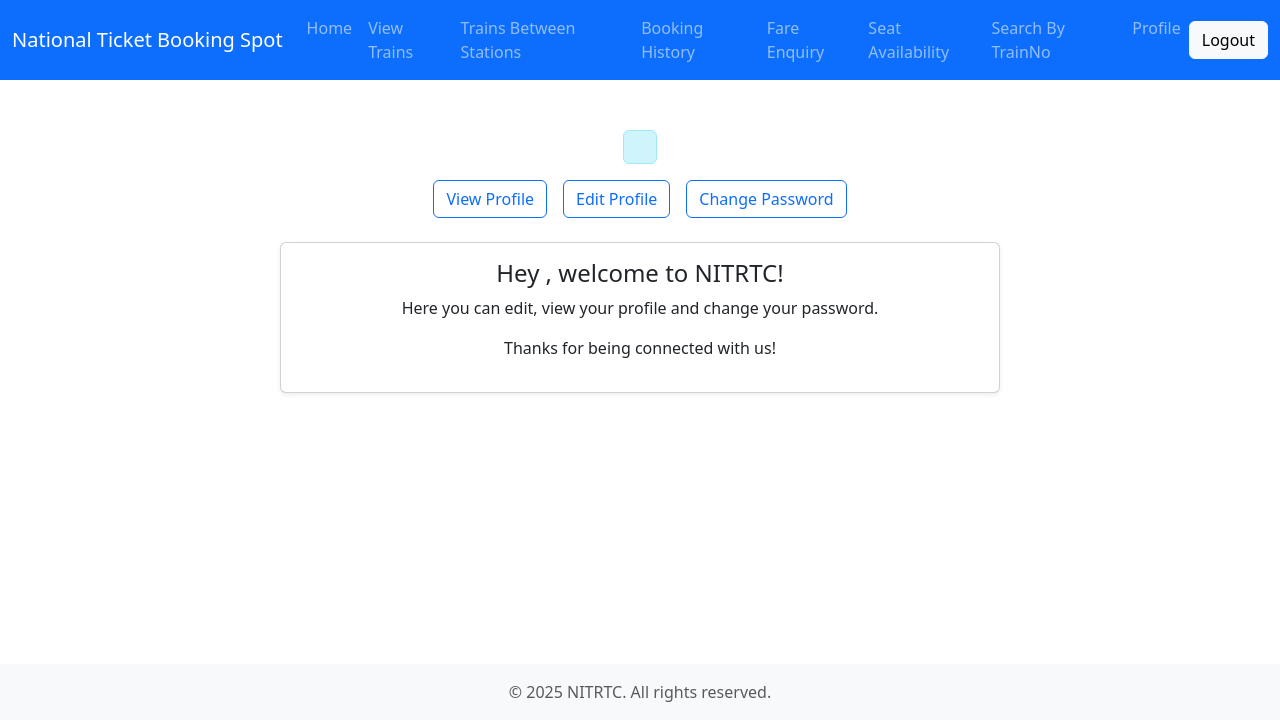
Repository: PrathamSahani/TMS-Sprint2
Page: http://localhost/TMS/UserHome.jsp
These files come from the project's save history. The page is drawn as it stood at one moment and after the next save; the edit follows.
The browser window is 1280 px wide. The pictures show the whole page.
The page is served by Tomcat 10. Other server files are loaded and not shown.

Above is the page before, as saved 2025-04-25 17:44:01.

### Update/TMS/src/main/webapp/UserHome.jsp
<%@ page language="java" contentType="text/html; charset=UTF-8" pageEncoding="UTF-8"%>
<!DOCTYPE html>
<html>
<head>
  <meta charset="UTF-8">
  <title>Profile - National Ticket Booking Spot</title>
  <link href="https://cdn.jsdelivr.net/npm/bootstrap@5.3.0/dist/css/bootstrap.min.css" rel="stylesheet">
</head>
<body class="d-flex flex-column min-vh-100">
  <!-- Navbar -->
  <nav class="navbar navbar-expand-lg navbar-dark bg-primary">
    <div class="container-fluid">
      <a class="navbar-brand" href="#">National Ticket Booking Spot</a>
      <button class="navbar-toggler" type="button" data-bs-toggle="collapse" data-bs-target="#navbarNav">
        <span class="navbar-toggler-icon"></span>
      </button>
      <div class="collapse navbar-collapse" id="navbarNav">
        <ul class="navbar-nav me-auto mb-2 mb-lg-0">
          <li class="nav-item"><a class="nav-link" href="${pageContext.request.contextPath}/userhome">Home</a></li>
          <li class="nav-item"><a class="nav-link" href="${pageContext.request.contextPath}/userviewtrainfwd">View Trains</a></li>
          <li class="nav-item"><a class="nav-link" href="${pageContext.request.contextPath}/trainbwstnfwd">Trains Between Stations</a></li>
          <li class="nav-item"><a class="nav-link" href="${pageContext.request.contextPath}/bookingdetails">Booking History</a></li>
          <li class="nav-item"><a class="nav-link" href="${pageContext.request.contextPath}/fareenqfwd">Fare Enquiry</a></li>
          <li class="nav-item"><a class="nav-link" href="${pageContext.request.contextPath}/useravailfwd">Seat Availability</a></li>
          <li class="nav-item"><a class="nav-link" href="${pageContext.request.contextPath}/usersearchtrain">Search By TrainNo</a></li>
          <li class="nav-item"><a class="nav-link" href="${pageContext.request.contextPath}/userprofile">Profile</a></li>
        </ul>
        <div class="d-flex">
          <a class="btn btn-light" href="${pageContext.request.contextPath}/userlogout">Logout</a>
        </div>
      </div>
    </div>
  </nav>

  <main class="flex-fill">
    <div class="container d-flex flex-column justify-content-center align-items-center" style="margin-top:50px">
      <!-- optional alert -->
      <c:if test="${not empty msg}">
        <div class='alert alert-${not empty msgType ? msgType : "info"} text-center w-100' role='alert'>${msg}</div>
      </c:if>

      <!-- action buttons -->
      <div class='d-flex justify-content-center mb-4 w-100'>
        <a href='${pageContext.request.contextPath}/viewuserprofile' class='btn btn-outline-primary mx-2'>View Profile</a>
        <a href='${pageContext.request.contextPath}/edituserprofile' class='btn btn-outline-primary mx-2'>Edit Profile</a>
        <a href='${pageContext.request.contextPath}/changeuserpassword' class='btn btn-outline-primary mx-2'>Change Password</a>
      </div>

      <!-- welcome card -->
      <div class='row justify-content-center w-100'>
        <div class='col-md-8'>
          <div class='card shadow-sm'>
            <div class='card-body text-center'>
              <h4>Hey ${userName}, welcome to NITRTC!</h4>
              <p>Here you can edit, view your profile and change your password.</p>
              <p>Thanks for being connected with us!</p>
            </div>
          </div>
        </div>
      </div>
    </div>
  </main>

  <footer class='footer bg-light py-3'>
    <div class='container text-center'><span class='text-muted'>&copy; 2025 NITRTC. All rights reserved.</span></div>
  </footer>

  <script src="https://cdn.jsdelivr.net/npm/bootstrap@5.3.0/dist/js/bootstrap.bundle.min.js"></script>
</body>
</html>

After the next save:
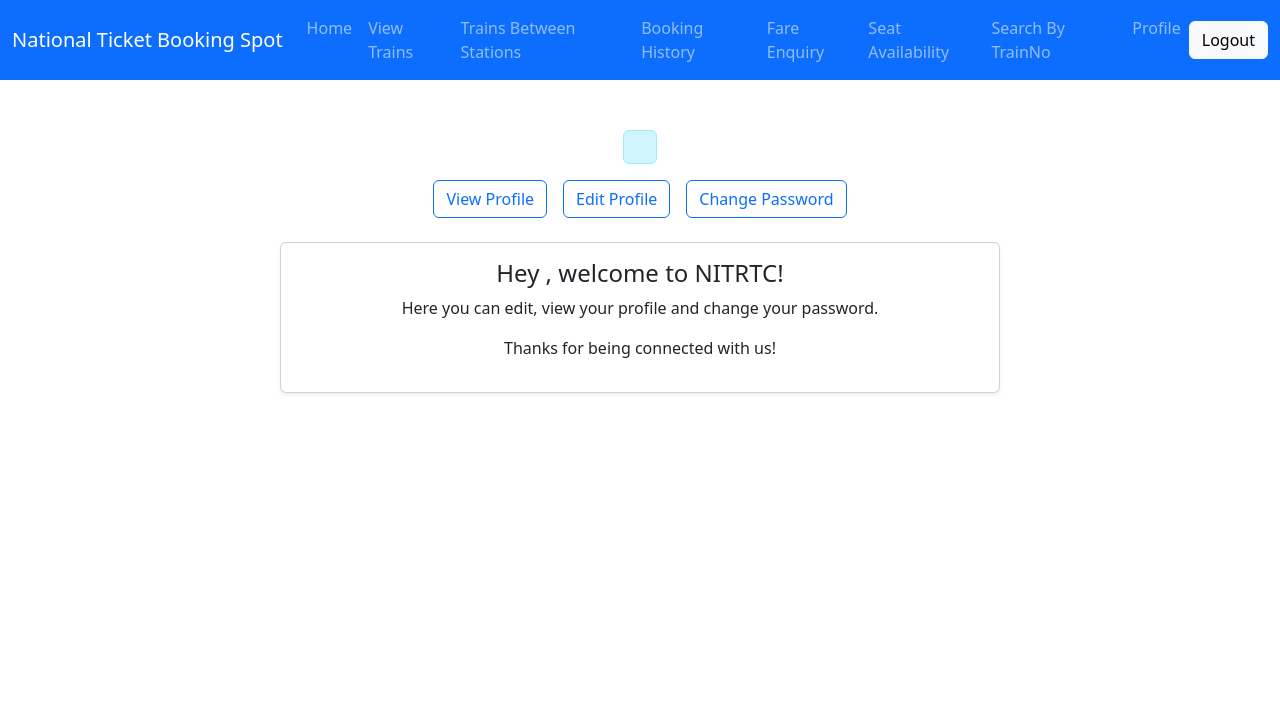
Saved 10 s later.
--- a/Update/TMS/src/main/webapp/UserHome.jsp
+++ b/Update/TMS/src/main/webapp/UserHome.jsp
@@ -61,9 +61,7 @@
     </div>
   </main>
 
-  <footer class='footer bg-light py-3'>
-    <div class='container text-center'><span class='text-muted'>&copy; 2025 NITRTC. All rights reserved.</span></div>
-  </footer>
+
 
   <script src="https://cdn.jsdelivr.net/npm/bootstrap@5.3.0/dist/js/bootstrap.bundle.min.js"></script>
 </body>
